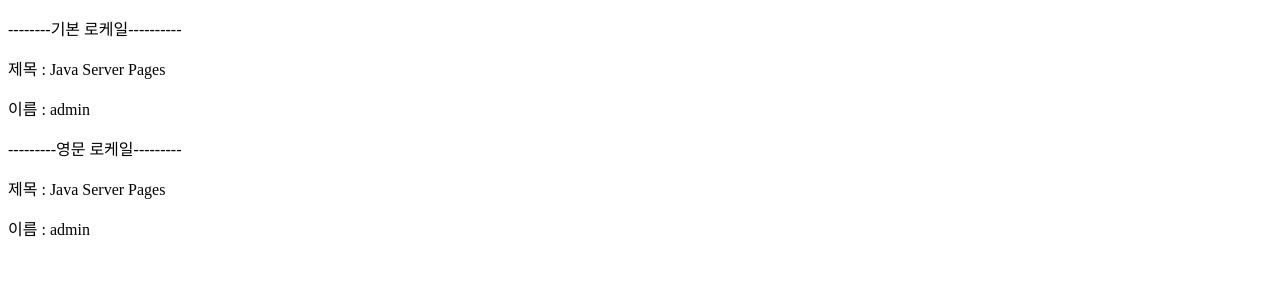
Repository: doyeong123/doyeonggit1
Page: http://localhost/jspbook2/ch09/jstl_fmt01.jsp
An editor plug-in stored every save of this project. The page is shown before and after the next save, followed by the edit.
The browser window is 1280 px wide. The pictures show the whole page.
The page is served by Tomcat 9. Other server files are loaded and not shown.

Above is the page before, as saved 2023-12-12 07:42:27.

### jsp/jspbook2/src/main/webapp/ch09/jstl_fmt01.jsp
<%@ page language="java" contentType="text/html; charset=UTF-8"
    pageEncoding="UTF-8"%>
<%@ taglib prefix="fmt" uri="http://java.sun.com/jsp/jstl/fmt" %>
<!DOCTYPE html>
<html>
<head>
<meta charset="UTF-8">
<title>Internationalization</title>
</head>
<body>
	<p>--------기본 로케일----------
		<fmt:setBundle basename="bundle.myBundle"
		 var="resourceBundle" />
	<p> 제목 : <fmt:message key="title" bundle="${resourceBundle}"/>
	<p> <fmt:message key="username" var="userMsg" bundle="${resourceBundle}"/>
	<!-- 출력은 el방식으로 출력 -->
		이름 : ${userMsg}

	<p>---------영문 로케일---------
		<fmt:setLocale value="en"/>
		<fmt:setBundle basename="bundle.myBundle" var="resourceBundle"/>
	<p> 제목 : <fmt:message key="title" bundle="${resourceBundle }"/>
	<p> 이름 : <fmt:message key="username" bundle="${resourceBundle }"/>
</body>
</html>

After the next save:
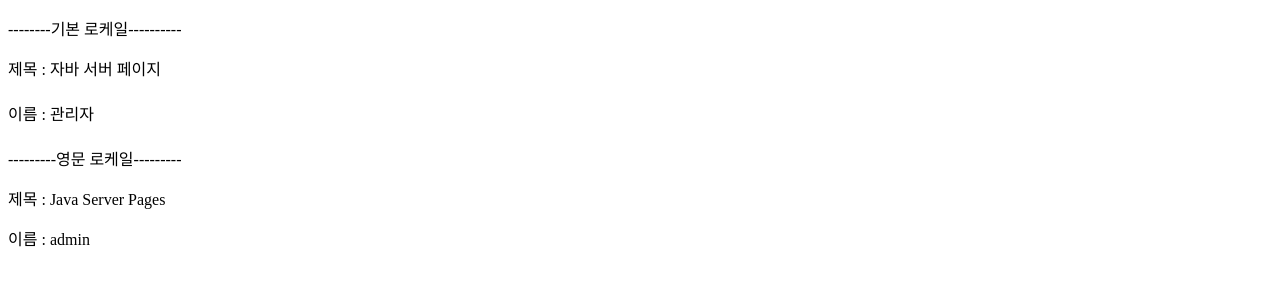
Saved 63 s later.
--- a/jsp/jspbook2/src/main/webapp/ch09/jstl_fmt01.jsp
+++ b/jsp/jspbook2/src/main/webapp/ch09/jstl_fmt01.jsp
@@ -9,6 +9,7 @@
 </head>
 <body>
 	<p>--------기본 로케일----------
+		<fmt:setLocale value="ko"/>
 		<fmt:setBundle basename="bundle.myBundle"
 		 var="resourceBundle" />
 	<p> 제목 : <fmt:message key="title" bundle="${resourceBundle}"/>

After the save that followed:
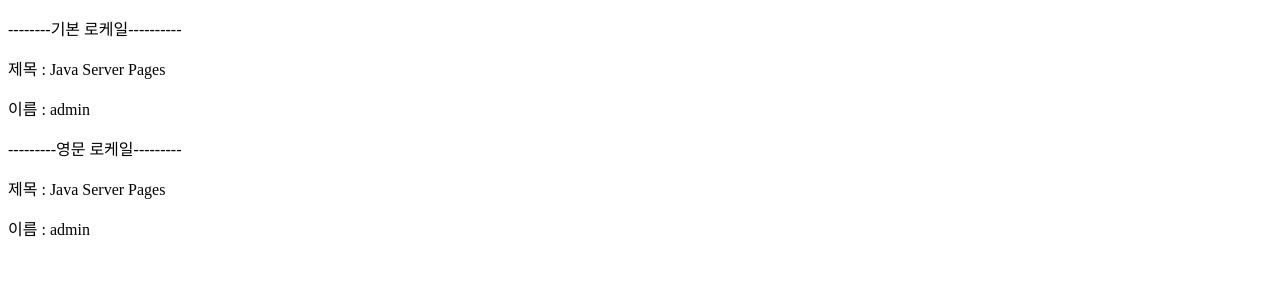
Saved 2 min 24 s later.
--- a/jsp/jspbook2/src/main/webapp/ch09/jstl_fmt01.jsp
+++ b/jsp/jspbook2/src/main/webapp/ch09/jstl_fmt01.jsp
@@ -9,7 +9,7 @@
 </head>
 <body>
 	<p>--------기본 로케일----------
-		<fmt:setLocale value="ko"/>
+		<%-- <fmt:setLocale value="ko"/> --%>
 		<fmt:setBundle basename="bundle.myBundle"
 		 var="resourceBundle" />
 	<p> 제목 : <fmt:message key="title" bundle="${resourceBundle}"/>
